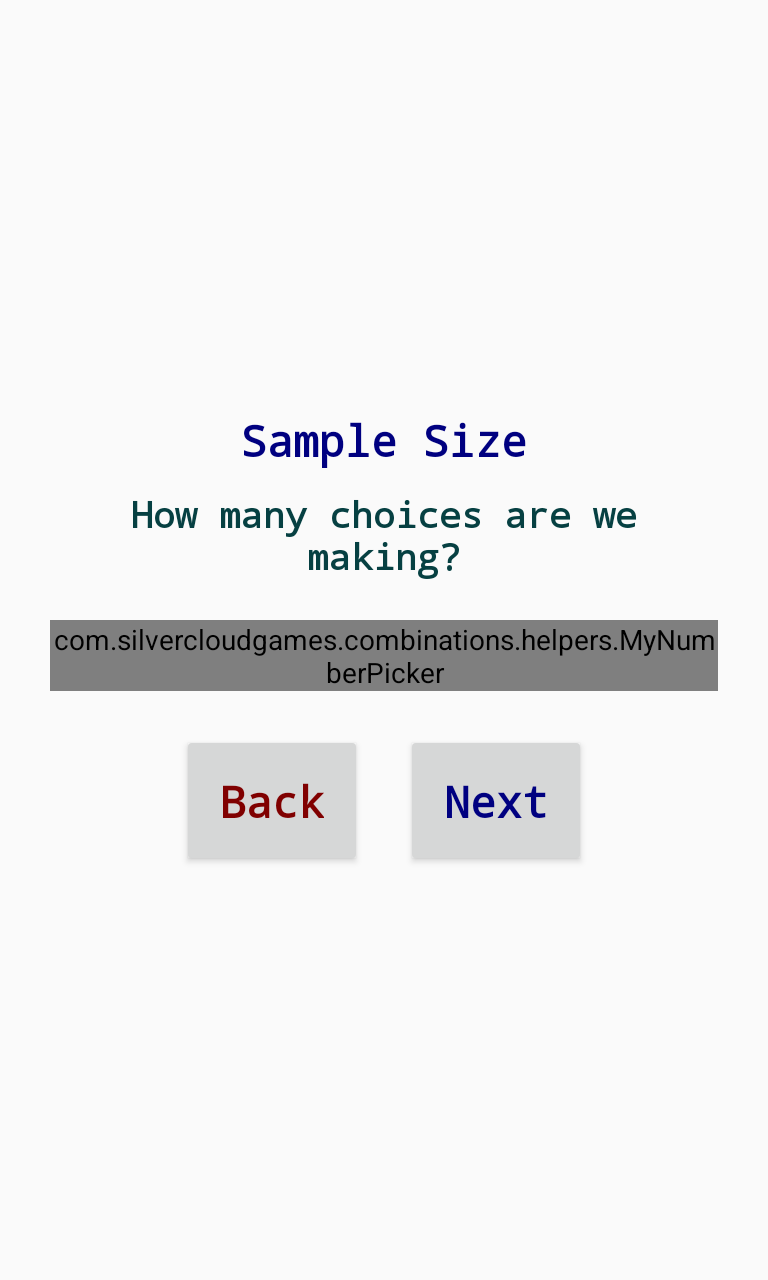
Repository: rontejada1991/Combinations-and-Permutations-Android-App
Layout: combinations/res/layout/activity_choice_size.xml
An editor plug-in stored every save of this project. The layout is shown before and after the next save, followed by the edit.
Pictures or frames that could not be fetched are drawn as grey boxes. It is drawn on a 768 x 1280 px phone screen (xhdpi) without system bars, with theme AppTheme; the app's code is not run.

Above is the layout before, as saved 2014-11-07 21:06:31.

After the next save:
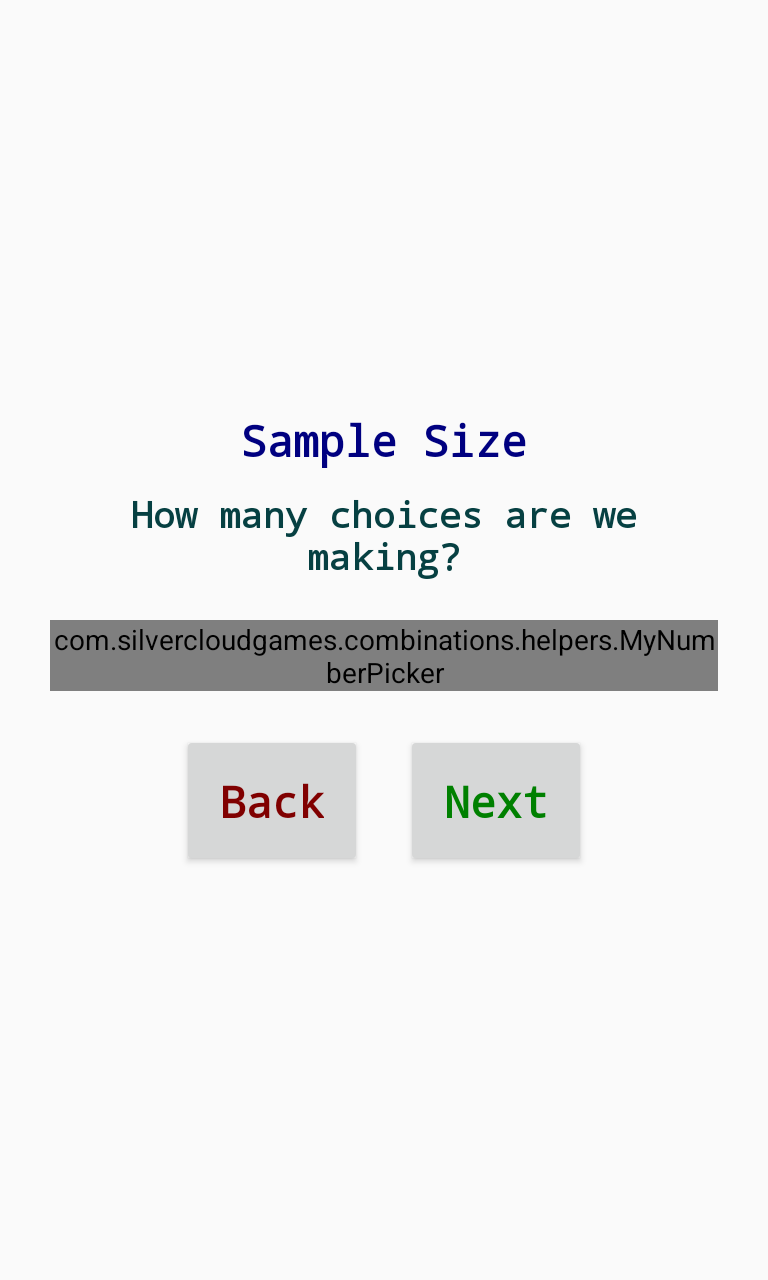
Saved 8 s later.
--- a/combinations/res/layout/activity_choice_size.xml
+++ b/combinations/res/layout/activity_choice_size.xml
@@ -48,7 +48,7 @@
 	        style="@style/CodeFont"
 	        android:text="Next"
 	        android:padding="20dp"
-	        android:textColor="#000080"
+	        android:textColor="#008000"
 	        android:layout_marginLeft="10dp"
 	        android:onClick="onNextPressed" />
 
